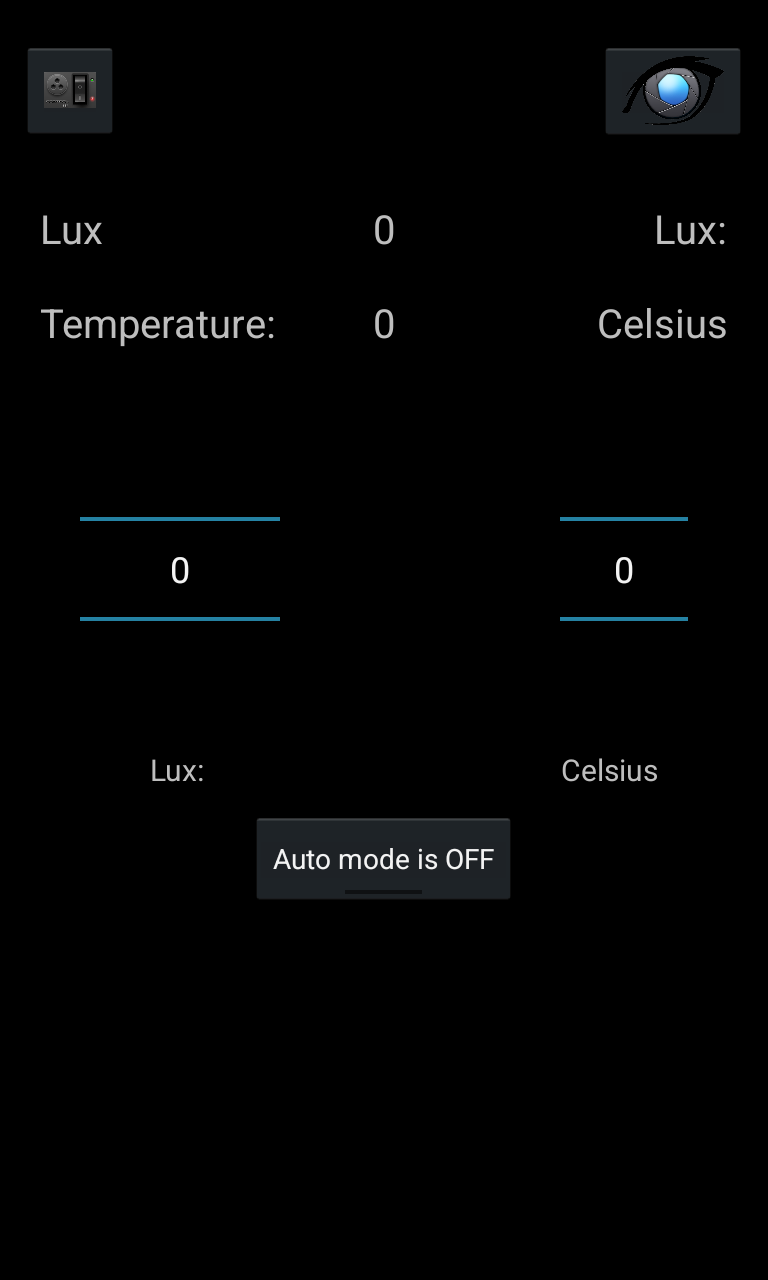
Repository: deanzaka/Shroom_IOIO_OpenCV
Layout: samples/IOIOSimpleApp/res/layout/main.xml
These files come from the project's save history. The layout is drawn as it stood at one moment and after the next save; the edit follows.
It is drawn on a 768 x 1280 px phone screen (xhdpi) without system bars, with theme android:Theme.Holo; the app's code is not run.

Above is the layout before, as saved 2014-06-04 09:51:32.

### samples/IOIOSimpleApp/res/layout/main.xml
<?xml version="1.0" encoding="utf-8"?>
<LinearLayout xmlns:android="http://schemas.android.com/apk/res/android"
    android:orientation="vertical"
    android:layout_width="fill_parent"
    android:layout_height="fill_parent"
    android:background="#00000000">

    <RelativeLayout
        android:layout_width="match_parent"
        android:layout_height="wrap_content"
        android:orientation="horizontal"
        android:paddingTop="10dp">

        <ImageButton
            android:src="@drawable/camera"
            android:id="@+id/CameraButton"
            android:layout_width="wrap_content"
            android:layout_height="wrap_content"
            android:layout_margin="10dp"
            android:layout_alignParentRight="true"
            android:maxWidth="75dp"
  			android:maxHeight="75dp"
  			android:scaleType="fitCenter"
            android:adjustViewBounds="true"
            android:onClick="ColorBlobSetup"
            />

        <ImageButton
		    android:id="@+id/panel"
		    android:src="@drawable/panel"
		    android:layout_height="50dp"
		    android:layout_width="50dp"
		    android:layout_marginTop="10dp"
		    android:layout_marginLeft="10dp"
		    android:scaleType="fitCenter"
		    android:layout_alignParentLeft="true"
		    android:onClick="menuAct"
		    />

    </RelativeLayout>

	<RelativeLayout
		android:layout_width="match_parent"
		android:layout_height="wrap_content"
		android:orientation="horizontal"
		android:paddingTop="20dp">
		<TextView
			android:text="@string/inte_label"
			android:layout_width="wrap_content"
			android:layout_height="wrap_content"
			android:layout_alignParentLeft="true"
			android:paddingLeft="20dp"
			android:textSize="20sp"
			/>

		<TextView
		    android:id="@+id/LuxValue"
		    android:layout_width="wrap_content"
		    android:layout_height="wrap_content"
		    android:layout_centerHorizontal="true"
		    android:text="0"
		    android:textSize="20sp" />

		<TextView
			android:text="@string/lux_label"
			android:layout_width="wrap_content"
			android:layout_height="wrap_content"
			android:layout_alignParentRight="true"
			android:paddingRight="20dp"
			android:textSize="20sp"
			/>
	</RelativeLayout>

	<RelativeLayout
		android:layout_width="wrap_content"
		android:layout_height="wrap_content"
		android:orientation="horizontal"
		android:paddingTop="20dp">
		<TextView
			android:text="@string/temp_label"
			android:layout_width="wrap_content"
			android:layout_height="wrap_content"
			android:paddingLeft="20dp"
			android:layout_alignParentLeft="true"
			android:textSize="20sp"
			/>
		<TextView
			android:id="@+id/TempValue"
			android:text="0"
			android:layout_width="wrap_content"
			android:layout_height="wrap_content"
			android:layout_centerHorizontal="true"
			android:textSize="20sp"
			/>
		<TextView
			android:text="@string/cel_label"
			android:layout_width="wrap_content"
			android:layout_height="wrap_content"
			android:paddingRight="20dp"
			android:layout_alignParentRight="true"
			android:textSize="20sp"
			/>
	</RelativeLayout>

	<RelativeLayout
	    android:layout_width="fill_parent"
		android:layout_height="wrap_content"
		android:orientation="horizontal"
		android:gravity="center_horizontal"
		android:paddingTop="20dp">

		<NumberPicker
		    android:id="@+id/userLux"
		    android:layout_width="100dp"
		    android:layout_height="wrap_content"
		    android:layout_alignParentLeft="true"
		    android:layout_marginLeft="40dp"/>

		<NumberPicker
		    android:id="@+id/userTemp"
		    android:layout_width="wrap_content"
		    android:layout_height="wrap_content"
		    android:layout_alignParentRight="true"
		    android:layout_marginRight="40dp"/>

	</RelativeLayout>

	<RelativeLayout
	    android:layout_width="fill_parent"
		android:layout_height="wrap_content"
		android:orientation="horizontal"
		android:gravity="center_horizontal">

		<TextView
		    android:text="@string/lux_label"
		    android:layout_width="wrap_content"
		    android:layout_height="wrap_content"
		    android:layout_alignParentLeft="true"
		    android:layout_marginLeft="75dp"
		    android:textSize="15sp"/>

		<TextView
		    android:text="@string/cel_label"
		    android:layout_width="wrap_content"
		    android:layout_height="wrap_content"
		    android:layout_alignParentRight="true"
		    android:layout_marginRight="55dp"
		    android:textSize="15sp"/>

	</RelativeLayout>

	<ToggleButton
			android:id="@+id/ToggleAuto"
			android:layout_width="wrap_content"
			android:layout_height="wrap_content"
			android:layout_margin="10dp"
			android:textOff="Auto mode is OFF"
			android:textOn="Auto mode is ON"
			android:layout_gravity="center_horizontal"
			/>
</LinearLayout>

### samples/IOIOSimpleApp/res/values/strings.xml
<?xml version="1.0" encoding="utf-8"?>
<resources>

    <string name="app_name">Shroom</string>
    <string name="lux_label">Lux:</string>
    <string name="cel_label">Celsius</string>
    <string name="temp_label">Temperature:</string>
    <string name="inte_label">Lux</string>
    <string name="IR_label">IR</string>
    <string name="title_activity_menu">Shroom</string>
    <string name="seekbar_label">Move to unlock panel</string>
    <string name="action_settings">Settings</string>
    <string name="hello_world">Hello world!</string>
    <string name="setup_label">Choose button to setup color codes</string>
    <string name="setup_title">setup Color Codes</string>

</resources>

After the next save:
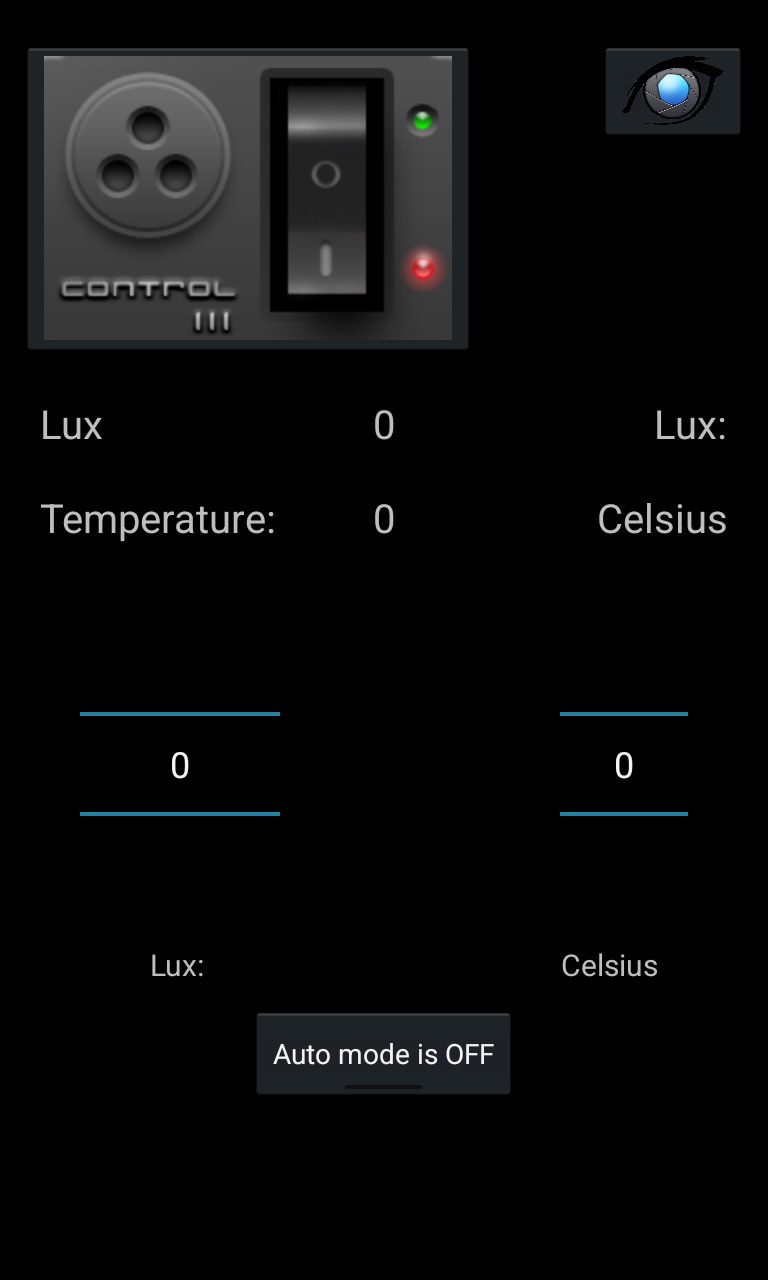
Saved 45 s later.
--- a/samples/IOIOSimpleApp/res/layout/main.xml
+++ b/samples/IOIOSimpleApp/res/layout/main.xml
@@ -28,8 +28,8 @@
         <ImageButton
 		    android:id="@+id/panel"
 		    android:src="@drawable/panel"
-		    android:layout_height="50dp"
-		    android:layout_width="50dp"
+		    android:layout_height="wrap_content"
+		    android:layout_width="wrap_content"
 		    android:layout_marginTop="10dp"
 		    android:layout_marginLeft="10dp"
 		    android:scaleType="fitCenter"
